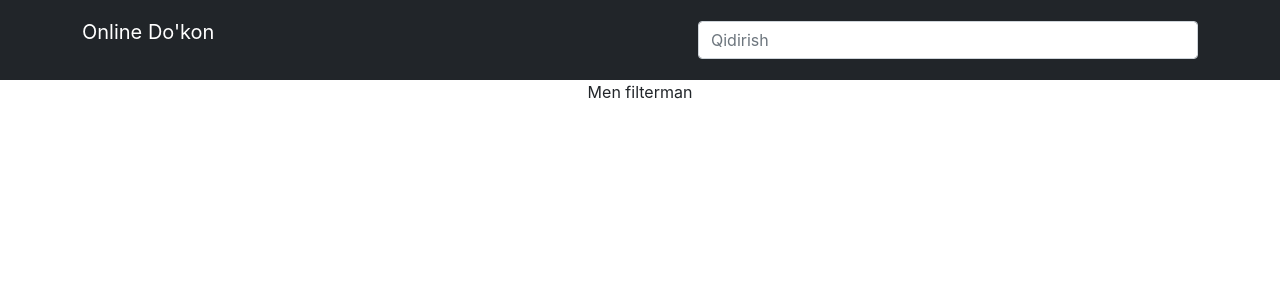
Repository: om1ars/shopping-cart
Page: /
The author's editor kept a copy of each file at every save. The page is drawn from the files as they stood at one save, then again after a run of saves.
The browser window is 1280 px wide. The pictures show the whole page.
The project was rebuilt for these pictures with package versions that can differ from the ones it lists, and the page was loaded fresh each time.

Above is the page before, as saved 2021-10-06 17:07:25.

### src/index.js
import React from 'react';
import 'bootstrap/dist/css/bootstrap.min.css';
import ReactDOM from 'react-dom';
import './index.css';
import App from './App';
import reportWebVitals from './reportWebVitals';

ReactDOM.render(
  <React.StrictMode>
    <App />
  </React.StrictMode>,
  document.getElementById('root')
);

// If you want to start measuring performance in your app, pass a function
// to log results (for example: reportWebVitals(console.log))
// or send to an analytics endpoint. Learn more: https://bit.ly/CRA-vitals
reportWebVitals();

### src/App.js
import './App.css';
import { Header } from './components/Header';
import { Home } from './components/Home';

function App() {
  return (
    <div className="App">
      <Header />
      <Home />
    </div>
  );
}

export default App;

### src/components/Header.js
import React from 'react'
import { Container, FormControl, Navbar } from 'react-bootstrap'

export const Header = () => {
    return (
        <Navbar bg='dark' variant='dark' style={{height: 80}}>
            <Container>
                <Navbar.Brand>
                    <p>Online Do'kon</p>
                </Navbar.Brand>
                <Navbar.Text className='search'>
                    <FormControl style={{width: 500}} placeholder= 'Qidirish' className='m-auto' />
                </Navbar.Text>
            </Container>
        </Navbar>
    )
}

### src/components/Home.js
import React from 'react'
import { Filter } from './Filter'

export const Home = () => {
    return (
        <div>
            <Filter />
        </div>
    )
}

### src/components/Filter.js
import React from 'react'

export const Filter = () => {
    return (
        <div>
            Men filterman
        </div>
    )
}

Loaded but not shown: public/index.html (common file); src/index.css (common file); src/reportWebVitals.js (common file); src/App.css (common file)

After the next 44 saves:
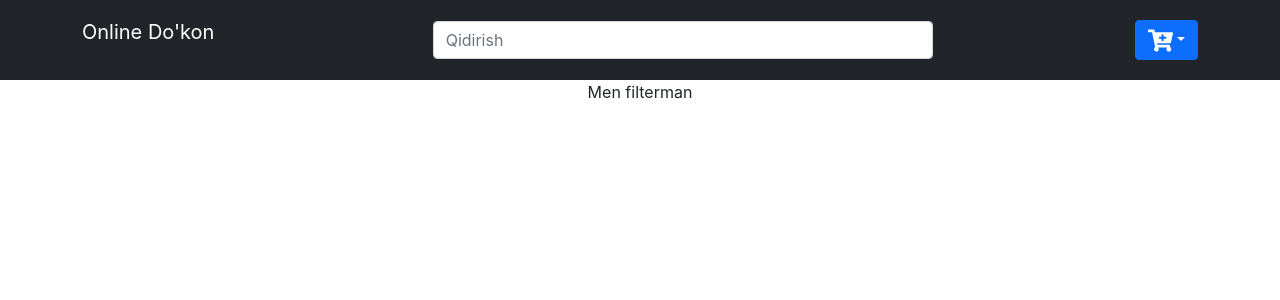
The 44 saves are shown as one change because 4 did not build or start and some came seconds apart.
The last was saved 95 s later.
--- a/src/components/Header.js
+++ b/src/components/Header.js
@@ -1,5 +1,7 @@
+// import Dropdown from '@restart/ui/esm/Dropdown'
 import React from 'react'
-import { Container, FormControl, Navbar } from 'react-bootstrap'
+import { Container, Dropdown, FormControl, Nav, Navbar } from 'react-bootstrap'
+import { FaCartPlus } from 'react-icons/fa';
 
 export const Header = () => {
     return (
@@ -11,6 +13,13 @@ export const Header = () => {
                 <Navbar.Text className='search'>
                     <FormControl style={{width: 500}} placeholder= 'Qidirish' className='m-auto' />
                 </Navbar.Text>
+                <Nav>
+                    <Dropdown>
+                        <Dropdown.Toggle variant='primary'>
+                            <FaCartPlus color='white' fontSize="25px" />
+                        </Dropdown.Toggle>
+                    </Dropdown>
+                </Nav>
             </Container>
         </Navbar>
     )
